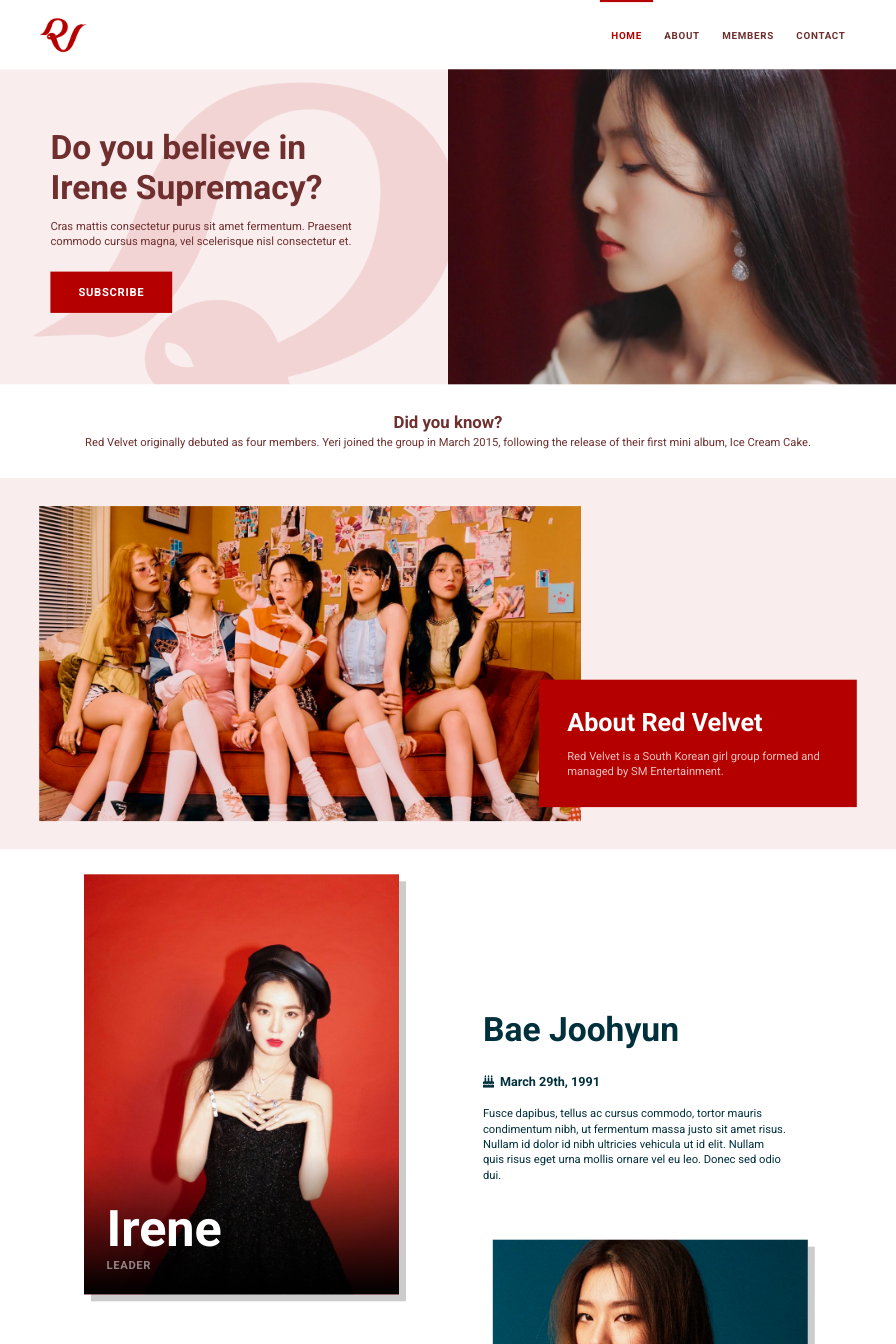
Repository: stillnotdavid/eternity-university
Page: app/index.html
An editor plug-in stored every save of this project. The page is shown before and after a run of saves, followed by the edit.
The browser window is 1280 px wide. The pictures show the part of the page from y = 0 to 1920 px (the page is 3451 px tall), at 70% of full size.
The style sheet was rebuilt from its Sass, Less or Tailwind sources for each picture, by a compiler version that may differ from the author's.

Above is the page before, as saved 2021-12-05 22:03:01.

### app/index.html
<!doctype html>
<html class="no-js" lang="">

<head>
  <meta charset="utf-8">
  <meta name="description" content="">

  <meta name="viewport" content="width=device-width, initial-scale=1, shrink-to-fit=no">
  <title>Red Velvet Fansite</title>
  <link rel="apple-touch-icon" href="apple-touch-icon.png">
  <link rel="stylesheet" href="https://use.fontawesome.com/releases/v5.15.4/css/all.css"
    integrity="sha384-DyZ88mC6Up2uqS4h/KRgHuoeGwBcD4Ng9SiP4dIRy0EXTlnuz47vAwmeGwVChigm" crossorigin="anonymous">
  <!-- Place favicon.ico in the root directory -->
  <!-- build:css styles/vendor.css -->
  <!-- endbuild -->
  <!-- build:css styles/main.css -->
  <link rel="stylesheet" href="styles/main.css">
  <!-- endbuild -->
  <!-- build:js scripts/modernizr.js -->
  <script src="scripts/modernizr.js"></script>
  <!-- endbuild -->
</head>

<body>
  <!--[if IE]>
      <p class="browserupgrade">You are using an <strong>outdated</strong> browser. Please <a href="http://browsehappy.com/">upgrade your browser</a> to improve your experience.</p>
    <![endif]-->
  <header class="header">
    <div class="container header__container">
      <a class="header__logo" href="#"><img class="header__logo-image" src="images/logo.png"
          alt="Red Velvet Logo" /></a>
      <nav class="header__nav">
        <ul class="header__nav-links">
          <li class="header__nav-item">
            <a class="header__nav-link header__nav-link--active" href="">Home</a>
          </li>
          <li class="header__nav-item">
            <a class="header__nav-link" href="">About</a>
          </li>
          <li class="header__nav-item">
            <a class="header__nav-link" href="">Members</a>
          </li>
          <li class="header__nav-item">
            <a class="header__nav-link" href="">Contact</a>
          </li>
        </ul>
      </nav>
    </div>
  </header>
  <section class="hero">
    <div class="container--half logo-background">
      <div class="hero__cta">
        <h1>Do you believe in Irene Supremacy?</h1>
        <p>Cras mattis consectetur purus sit amet fermentum. Praesent commodo cursus magna,
          vel scelerisque nisl
          consectetur et.</p>
        <a class="button-primary" href="">Subscribe</a>
      </div>
    </div>
    <div class="hero__image">
    </div>
  </section>
  <section class="trivia">
    <div class="container trivia__container">
      <div class="trivia__title">Did you know?</div>
      <p class="margin-top--small no-margin--bottom">Red Velvet originally debuted as four members. Yeri joined the
        group in March 2015,
        following the release of
        their first mini album, Ice Cream Cake.</p>
    </div>
  </section>
  <section class="about">
    <div class="container about__container">
      <img class="about__image" src="images/group.png" alt="Red Velvet Sitting!">
      <div class="about__text">
        <h2>About Red Velvet</h2>
        <p class="light">Red Velvet is a South Korean girl group formed and managed by SM Entertainment.</p>
      </div>
    </div>
  </section>
  <section class="members">
    <div class="container members__container">
      <div class="member margin-top--none">
        <div class="member__photo">
          <div class="member__photo-image member__irene">
            <div class="member__name">Irene</div>
            <div class="member__position">Leader</div>
          </div>
        </div>
        <div class="member__info">
          <h3>Bae Joohyun</h3>
          <h4 class="member__info-birthdate">
            <i class="fas fa-birthday-cake margin-right--small"></i> March 29th, 1991
          </h4>
          <p class="member__info-description">Fusce dapibus, tellus ac cursus commodo, tortor mauris condimentum nibh,
            ut fermentum massa justo sit amet
            risus. Nullam id dolor id nibh ultricies vehicula ut id elit. Nullam quis risus eget urna mollis ornare vel
            eu
            leo. Donec sed odio dui.</p>
        </div>
      </div>
      <div class="member member--reverse">
        <div class="member__photo">
          <div class="member__photo-image member__seulgi">
            <div class="member__name">Seulgi</div>
            <div class="member__position">Main Dancer</div>
          </div>
        </div>
        <div class="member__info">
          <h3>Kang Seulgi</h3>
          <h4 class="member__info-birthdate">
            <i class="fas fa-birthday-cake margin-right--small"></i> March 29th, 1991
          </h4>
          <p class="member__info-description">Fusce dapibus, tellus ac cursus commodo, tortor mauris condimentum nibh,
            ut fermentum massa justo sit amet
            risus. Nullam id dolor id nibh ultricies vehicula ut id elit. Nullam quis risus eget urna mollis ornare vel
            eu
            leo. Donec sed odio dui.</p>
        </div>
      </div>
  </section>
  <section class="members background--gray">
    <div class="container members__container">
      <div class="member">
        <div class="member__photo">
          <div class="member__photo-image member__joy">
            <div class="member__name">Joy</div>
            <div class="member__position">Sub-Vocalist</div>
          </div>
        </div>
        <div class="member__info">
          <h3>Park Sooyoung</h3>
          <h4 class="member__info-birthdate">
            <i class="fas fa-birthday-cake margin-right--small"></i> March 29th, 1991
          </h4>
          <p class="member__info-description">Fusce dapibus, tellus ac cursus commodo, tortor mauris condimentum nibh,
            ut fermentum massa justo sit amet
            risus. Nullam id dolor id nibh ultricies vehicula ut id elit. Nullam quis risus eget urna mollis ornare
            vel
            eu
            leo. Donec sed odio dui.</p>
        </div>
      </div>
      <div class="member member--reverse">
        <div class="member__photo">
          <div class="member__photo-image member__wendy">
            <div class="member__name">Wendy</div>
            <div class="member__position"> Main Vocalist</div>
          </div>
        </div>
        <div class="member__info">
          <h3>Son Seungwan</h3>
          <h4 class="member__info-birthdate">
            <i class="fas fa-birthday-cake margin-right--small"></i> March 29th, 1991
          </h4>
          <p class="member__info-description">Fusce dapibus, tellus ac cursus commodo, tortor mauris condimentum nibh,
            ut fermentum massa justo sit amet
            risus. Nullam id dolor id nibh ultricies vehicula ut id elit. Nullam quis risus eget urna mollis ornare
            vel
            eu
            leo. Donec sed odio dui.</p>
        </div>
      </div>
    </div>
  </section>

  <!-- build:js scripts/vendor.js -->
  <!-- endbuild -->
  <!-- build:js scripts/main.js -->
  <script src="scripts/main.js"></script>
  <!-- endbuild -->
</body>

</html>

### app/styles/main.scss
@import 'partials/colors';
@import 'partials/spacing';
@import 'partials/typography';
@import 'partials/utilities';

@import 'components/button';
@import 'components/header';
@import 'components/hero';
@import 'components/trivia';
@import 'components/about';
@import 'components/members';


* {
  box-sizing: border-box;
}

html,
body {
  padding: 0;
  margin: 0;
}

.container {
  display: flex;
  width: 100%;
  max-width: 1200px;
  margin: 0 auto;
  padding: 0 $spacing-large;

  &--half {
    width: 100%;
    max-width: 600px;
    margin-left: auto;
    padding: 0 $spacing-xlarge;
  }
}


.logo-background {
  background-image: url(../images/logo-transparent.png);
  background-position: 0px 0px;
}

### app/styles/partials/_colors.scss
$color-primary: #B50000;
$color-secondary: #6F2F2F;
$color-tertiary: #00303B;

$background-primary: #F9EDED;
$background-gray: #f6f6f6;


$colors: ("primary": $color-primary,
  "secondary": $color-secondary,
  "gray": $background-gray);


@each $name,
$color in $colors {
  .background {

    &--#{$name} {
      background-color: #{$color};
    }
  }
}

@each $name,
$color in $colors {
  .color {

    &--#{$name} {
      color: #{$color} !important;
    }
  }
}

### app/styles/partials/_spacing.scss
$spacing-xsmall: 2px;
$spacing-small: 4px;
$spacing-medium: 8px;
$spacing-large: 16px;
$spacing-xlarge: 32px;

### app/styles/partials/_typography.scss
@import url('https://fonts.googleapis.com/css2?family=Roboto:wght@400;500;700&display=swap');


body,
html {
  font-family: 'Roboto', sans-serif;
}


$font-small: 14px;
$font-medium: 16px;
$font-large: 18px;
$font-xlarge: 24px;
$font-xxxlarge: 48px;

$font-regular: 400;
$font-bold: 700;


h1 {
  font-size: $font-xxxlarge;
  font-weight: $font-bold;
  color: $color-secondary;
  margin: $spacing-medium 0;
}

h2 {
  font-size: 36px;
  margin: 0;
}

h3 {
  font-size: 48px;
  margin: 0 0 36px 0;
  color: $color-tertiary;
}

h4 {
  font-size: $font-large;
  font-weight: $font-bold;
  color: $color-tertiary;
}

p {
  font-size: $font-medium;
  color: $color-secondary;
  line-height: 22px;

  &.light {
    color: rgba(255, 255, 255, .75);
  }
}

### app/styles/partials/_utilities.scss
$sides: top,
bottom,
left,
right;

@each $side in $sides {
  .no-margin {
    margin: 0;

    &--#{$side} {
      margin-#{$side}: 0;
    }
  }
}

@each $side in $sides {
  .no-padding {
    padding: 0;

    &--#{$side} {
      padding-#{$side}: 0;
    }
  }
}

$spacing: ("none": 0, "small": 4px, "medium": 8px, "large": 16px);

@each $side in $sides {
  .margin {

    &-#{$side} {

      @each $size,
      $value in $spacing {
        &--#{$size} {
          margin-#{$side}: $value !important;
        }
      }
    }
  }
}

### app/styles/components/_button.scss
.button-primary {
  display: inline-block;
  background-color: $color-primary;
  padding: 20px 40px;
  text-decoration: none;
  color: white;
  font-size: $font-medium;
  font-weight: $font-bold;
  text-transform: uppercase;
  letter-spacing: 1px;
  margin: $spacing-large 0;
}

### app/styles/components/_header.scss
$_logo-height: 50px;


.header {

  &__container {
    justify-content: space-between;
  }

  &__logo {
    display: flex;
    align-items: center;

    &-image {
      height: $_logo-height;
    }
  }

  &__nav {

    &-links {
      display: flex;
      list-style-type: none;
      padding: 0;
      margin: 0;
    }

    &-item {
      display: flex;
    }

    &-link {
      padding: 40px $spacing-large;
      text-decoration: none;
      color: $color-secondary;
      text-transform: uppercase;
      font-size: $font-small;
      font-weight: $font-bold;
      letter-spacing: 1px;
      border-top: 3px solid transparent;

      &:hover,
      &--active {
        color: $color-primary;
        border-top: 3px solid $color-primary;
      }
    }
  }
}

### app/styles/components/_hero.scss
$_hero-height: 450px;

.hero {
  height: $_hero-height;
  background: $background-primary;
  display: flex;

  &__container {
    align-items: center;
  }

  &__cta {
    flex: 0 0 50%;
    padding: 75px 100px 50px 0;
  }

  &__image {
    flex: 0 0 50%;
    height: 100%;
    background-image: url('../../images/hero.jpeg');
    background-size: cover;
    background-position: center center;
  }
}

### app/styles/components/_trivia.scss
.trivia {
  text-align: center;
  padding: 40px;

  &__container {
    flex-direction: column;
  }

  &__title {
    font-size: $font-xlarge;
    font-weight: $font-bold;
    color: $color-secondary;
  }
}

### app/styles/components/_about.scss
.about {
  background: $background-primary;
  padding: 40px 0;

  &__container {
    align-items: flex-end;
  }

  &__image {
    height: 450px;
  }

  &__text {
    background: $color-primary;
    color: white;
    padding: 40px;
    margin-left: -60px;
    margin-bottom: 20px;

    p {
      margin-bottom: 0;
    }
  }
}

### app/styles/components/_members.scss
.members {
  &__container {
    flex-direction: column;
  }
}

.member {
  display: flex;
  align-items: center;
  margin-top: -150px;

  &--reverse {
    flex-direction: row-reverse;

    .member__photo-image {
      margin-left: 70px;
    }

    .member__info {
      padding: 100px 0 100px 100px;
      flex-basis: 40%;
    }
  }

  &__photo {
    flex: 0 1 50%;
    display: flex;
    padding: 36px 0;

    &-image {
      height: 600px;
      width: 450px;
      background-size: cover;
      background-position: center center;
      margin-left: auto;
      margin-right: 70px;
      box-shadow: 10px 10px 0 #ccc;
      display: flex;
      padding: $spacing-xlarge;
      flex-direction: column;
      justify-content: flex-end;
      position: relative;

      &:before {
        background: linear-gradient(to top, black, transparent);
        height: 200px;
        width: 100%;
        position: absolute;
        content: '';
        bottom: 0;
        left: 0;
        z-index: 1;
      }
    }
  }

  &__info {
    flex: 0 1 50%;
    padding: 150px 100px 100px 50px;

    &-description {
      color: $color-tertiary;
    }
  }

  &__name {
    font-size: 72px;
    font-weight: $font-bold;
    color: white;
    z-index: 2;
  }

  &__position {
    font-size: $font-medium;
    font-weight: $font-bold;
    text-transform: uppercase;
    letter-spacing: 1px;
    color: rgba(255, 255, 255, .50);
    z-index: 2;
  }

  &__irene {
    background-image: url('../../images/member__irene.jpeg');
  }

  &__seulgi {
    background-image: url('../../images/member__seulgi.png');
  }

  &__joy {
    background-image: url('../../images/member__joy.jpeg');
  }

  &__wendy {
    background-image: url('../../images/member__wendy.png');
  }
}

Loaded but not shown: app/scripts/main.js (common file)

After the next 2 saves:
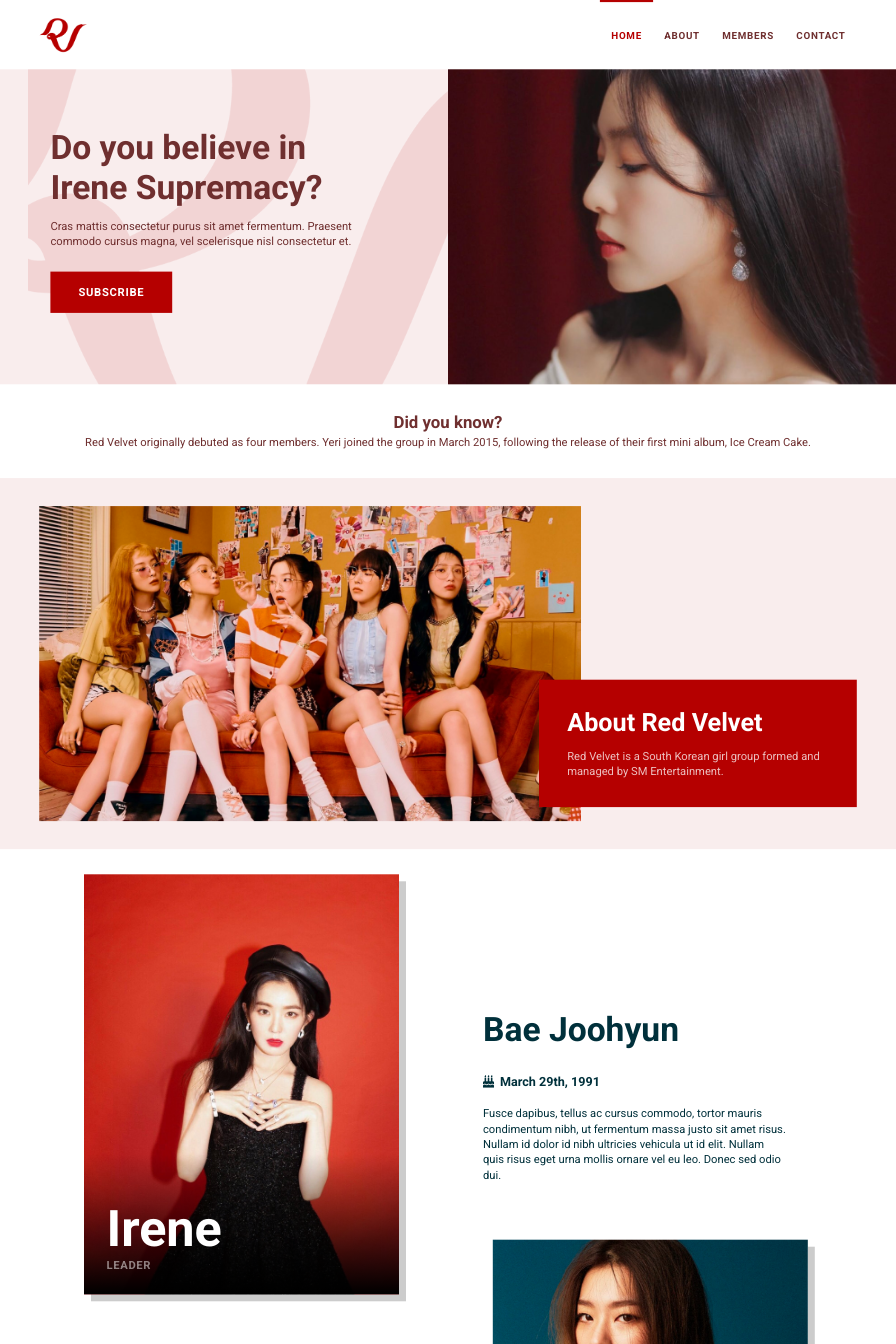
The 2 saves are shown as one change because they came seconds apart.
The last was saved 6 s later.
--- a/app/styles/main.scss
+++ b/app/styles/main.scss
@@ -39,5 +39,5 @@
 
 .logo-background {
   background-image: url(../images/logo-transparent.png);
-  background-position: 0px 0px;
+  background-position: center center;
 }
